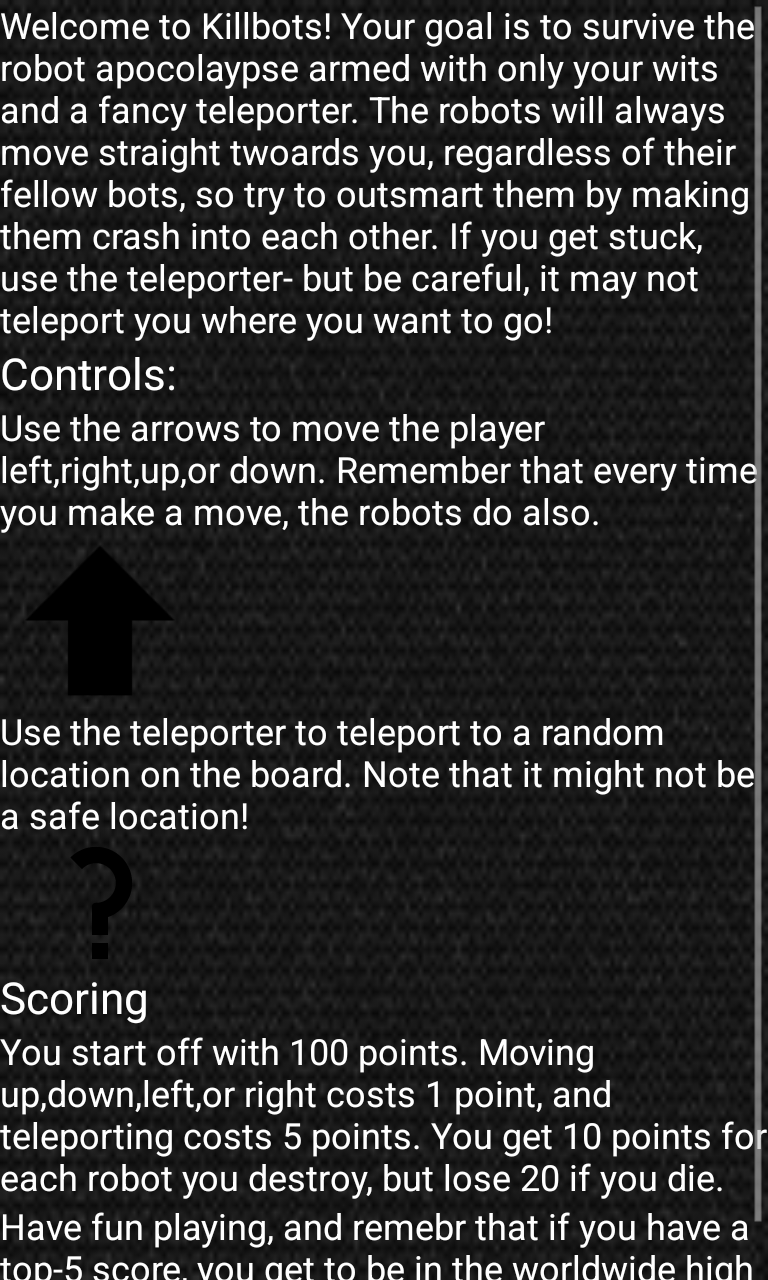
Repository: Tacohen/Killbots
Layout: Killbots/res/layout/how_to_play.xml
An editor plug-in stored every save of this project. The layout is shown before and after the next save, followed by the edit.
It is drawn on a 768 x 1280 px phone screen (xhdpi) without system bars, with theme AppTheme; the app's code is not run.

Above is the layout before, as saved 2013-12-09 02:09:40.

After the next save:
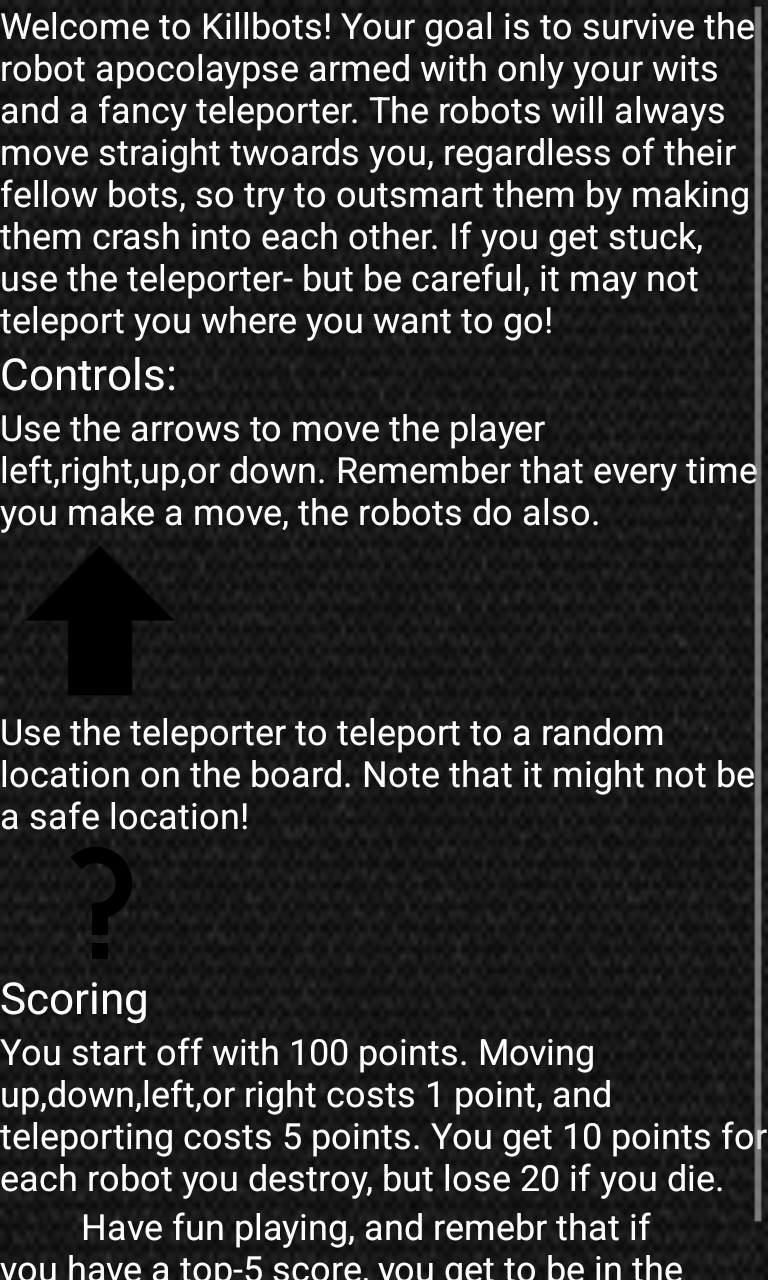
Saved 19 s later.
--- a/Killbots/res/layout/how_to_play.xml
+++ b/Killbots/res/layout/how_to_play.xml
@@ -75,7 +75,8 @@
         android:layout_width="wrap_content"
         android:layout_height="wrap_content"
         android:textColor="#FFFFFF"
-        android:text="Have fun playing, and remebr that if you have a top-5 score, you get to be in the worldwide high score table!"
+        android:text="
+        Have fun playing, and remebr that if you have a top-5 score, you get to be in the worldwide high score table!"
         android:textAppearance="?android:attr/textAppearanceMedium" />
 
 
